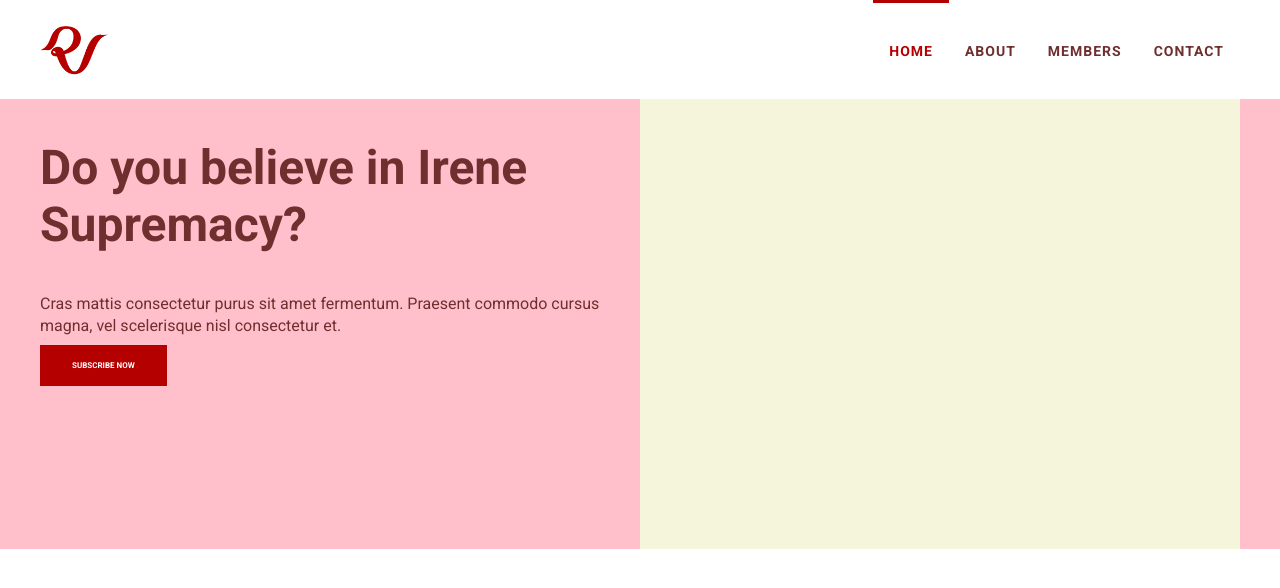
Repository: stillnotdavid/eternity-university
Page: app/index.html
These files come from the project's save history. The page is drawn as it stood at one moment and after the next save; the edit follows.
The browser window is 1280 px wide. The pictures show the whole page.
The style sheet was rebuilt from its Sass, Less or Tailwind sources for each picture, by a compiler version that may differ from the author's.

Above is the page before, as saved 2021-12-03 23:24:00.

After the next save:
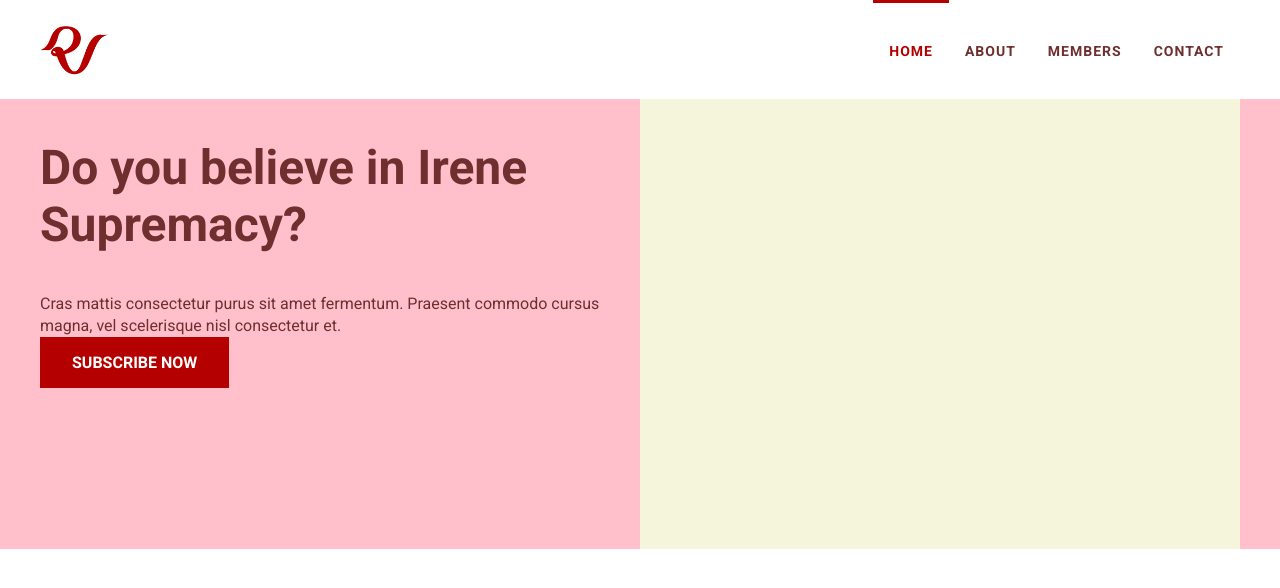
Saved 6 s later.
--- a/app/styles/components/_hero.scss
+++ b/app/styles/components/_hero.scss
@@ -15,7 +15,7 @@
       padding: $spacing-large $spacing-xlarge;
       text-decoration: none;
       color: white;
-      font-size: $spacing-medium;
+      font-size: $font-medium;
       font-weight: $font-bold;
       text-transform: uppercase;
     }
